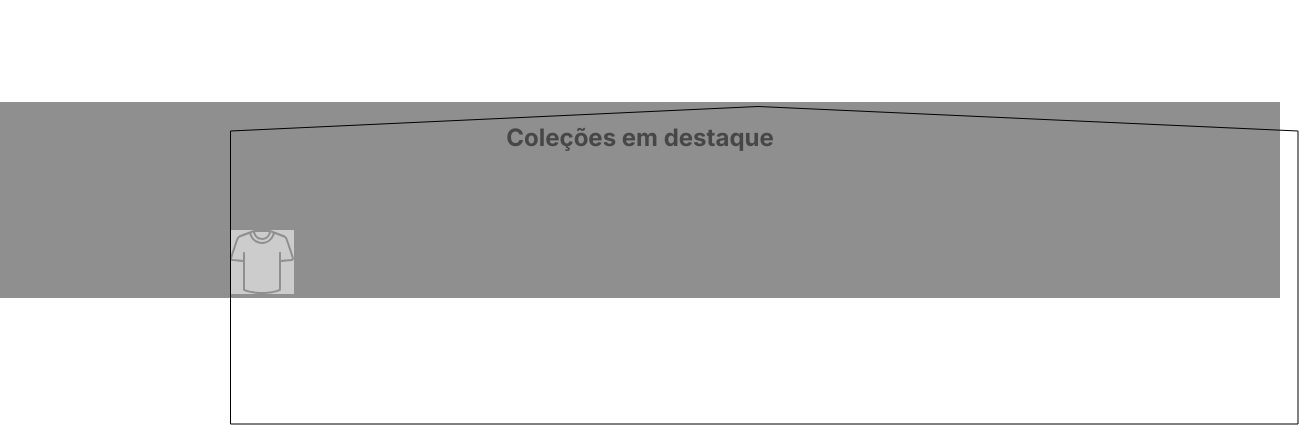
Repository: gimoli/loja-digital
Page: index.html
An editor plug-in stored every save of this project. The page is shown before and after a run of saves, followed by the edit.
The browser window is 1280 px wide. The page is 1299 px wide, so the pictures cover 1299 px, including what lies to the right of the window. The pictures show the part of the page from y = 1294 to 1785 px (the page is 1719 px tall before and 1785 px after).

Above is the page before, as saved 2025-04-24 11:47:34.

After the next 3 saves:
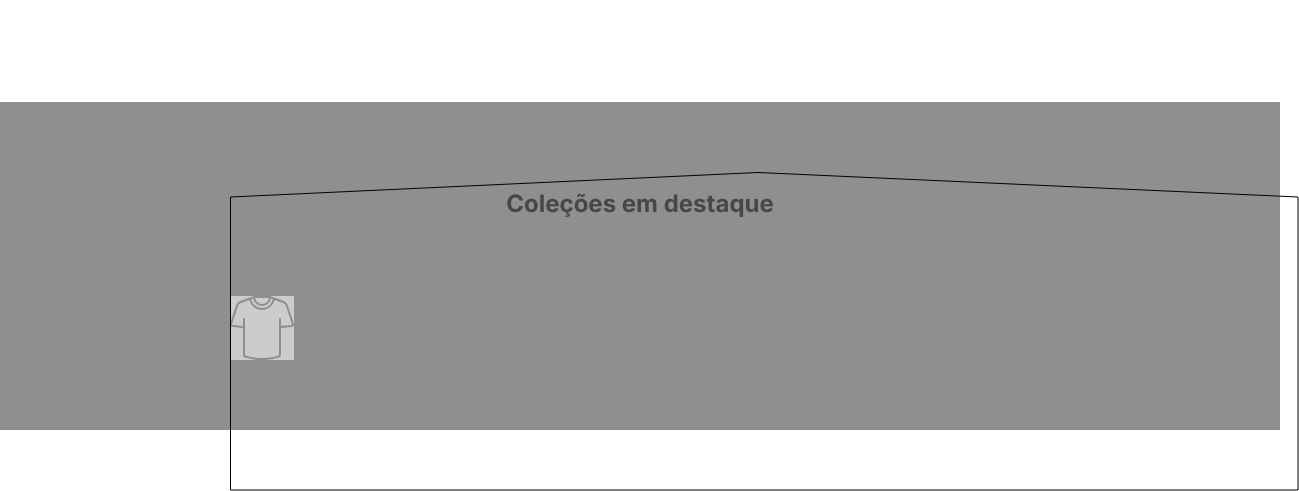
The 3 saves are shown as one change because they came seconds apart.
The last was saved 9 s later.
--- a/index.html
+++ b/index.html
@@ -123,7 +123,7 @@
         </div>
         <div></div>
     </section>
-    <section class="flex flex-col gap-15 px-[230px] py-[4px] bg-(--light-gray)">
+    <section class="flex flex-col gap-15 px-[230px] py-[70px] bg-(--light-gray)">
         <div class="flex flex-col gap-10">
             <h4 class="text-(--dark-gray-2) font-bold text-2xl text-center py-4">
                 Coleções em destaque
